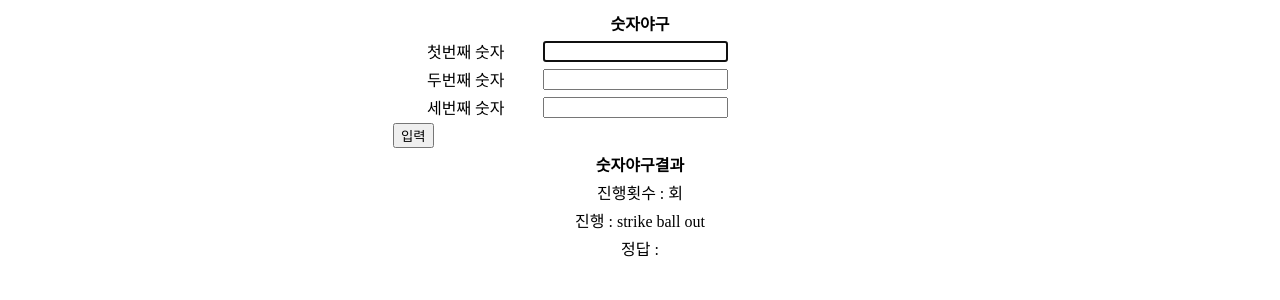
Repository: kmw7691/Soldesk
Page: http://localhost/Nov15_1_NB/HomeController
These files come from the project's save history. The page is drawn as it stood at one moment and after the next save; the edit follows.
The browser window is 1280 px wide. The pictures show the whole page.
The page is served by Tomcat 9. Other server files are loaded and not shown.

Above is the page before, as saved 2023-11-15 02:30:44.

### Nov15_1_NB/src/main/webapp/nb.jsp
<%@ page language="java" contentType="text/html; charset=UTF-8"
    pageEncoding="UTF-8"%>
<!DOCTYPE html>
<html>
<head>
<meta charset="UTF-8">
<title>nb.jsp</title>
<link rel="stylesheet" href="nb.css">
<script type="text/javascript" src="KwakValidChecker.js"></script>
<script type="text/javascript" src="nbCheck.js"></script>
</head>
<body>
<form action="HomeController" name="nbForm" method="post"
	enctype="multipart/form-data" onsubmit="return checkValid();">
	<table id="nbTbl">
		<tr>
			<th colspan="2">숫자야구</th>
		</tr>
		<tr>
			<td class="td1" align="center">첫번째 숫자</td>
			<td class="td2"><input name="first" maxlength="1"
				autofocus="autofocus" autocomplete="off"></td>
		</tr>
		<tr>
			<td class="td1" align="center">두번째 숫자</td>
			<td class="td2"><input name="second" maxlength="1"
				autofocus="autofocus" autocomplete="off"></td>
		</tr>
		<tr>
			<td class="td1" align="center">세번째 숫자</td>
			<td class="td2"><input name="third" maxlength="1"
				autofocus="autofocus" autocomplete="off"></td>
		</tr>
		<tr><td class="td2"><button>입력</button></td></tr>

		<tr>
			<th colspan="2">숫자야구결과</th>
		</tr>
		<tr>
			<td class="td1" colspan="2" align="center">진행횟수 : ${count }회</td>
		</tr>
		<tr>
			<td class="td1" colspan="2" align="center">진행 : ${s }strike ${b }ball ${o }out</td>
		</tr>
		<tr>
			<td class="td1" colspan="2" align="center">정답 : ${answer1 } ${answer2 } ${answer3 }</td>
		</tr>
	</table>
</form>
</body>
</html>

### Nov15_1_NB/src/main/java/com/kwak/nov151/nbmain/HomeController.java
package com.kwak.nov151.nbmain;

import java.io.IOException;
import javax.servlet.ServletException;
import javax.servlet.annotation.WebServlet;
import javax.servlet.http.HttpServlet;
import javax.servlet.http.HttpServletRequest;
import javax.servlet.http.HttpServletResponse;

@WebServlet("/HomeController")
public class HomeController extends HttpServlet {

	protected void doGet(HttpServletRequest request, HttpServletResponse response) throws ServletException, IOException {
		request.getRequestDispatcher("nb.jsp").forward(request, response);
	}

	protected void doPost(HttpServletRequest request, HttpServletResponse response) throws ServletException, IOException {

	}

}

### Nov15_1_NB/src/main/webapp/nb.css
@charset "UTF-8";

@font-face{
	font-family: "n";
	src: url("n.ttf");
}

#body{
	font-family: "n";
	background-size: 50%;
}

#nbTbl{
	margin-left:auto;
	margin-right: auto;
	width : 500px;
}

#th{
	background-color: #E9FFE0;
	color:#034F83;
	font-size: 30pt;
	height: 50px;
}

#hjTbl .td1{
	background-color:  #D4F4FA;
	font-size: 30pt;
}

#hjTbl .td2{
	background-color:  pink;
	font-size: 30pt;
}

#hjTbl .td2{
	background-color:  pink;
	font-size: 30pt;
}

### Nov15_1_NB/src/main/webapp/KwakValidChecker.js
//KwakValidChecker.js

//개발자가 의도한대로 되하지않으면 true값
//(뭔가 문제가 되면 true, 정상적이면 false인 컨셉)


//<input>넣었을때
//		아무것도 안썼으면 true, 뭐라도썼으면 false
function isEmpty(input){
	return (!input.value);
}


//<input>, 글자 수 넣었을때
function atLeastLetter(input, len){
	return (input.value.length < len);
}


//<input>넣었을때
//		한글/특수문자가 적혀있다면 true, 아니면 false
function containsAnother(input){
	let pass = "1234567890abcdefghijklmnopqrstuvwxyzABCDEFGHIJKLMNOPQRSTUVWXYZ@._";

	let iv = input.value;
	for(let i = 0; i < iv.length; i++){
		if(pass.indexOf(iv[i]) == -1){ //pass에 있는 내용중 내가 쓴 내용이없으면
			return true;
		}
	}
	return false;
}


//<input> x 2넣었을때(pw, pw확인)
//		내용이다르면 true, 같으면 false
function notEqualPw(input1, input2){
	return (input1.value !== input2.value);
}


//<input>, 문자열 세트 넣었을때
//		없으면 true, 있으면 false(입력한 pw에 지정한 문자열이 없는 경우)
function notContains(input, passSet){
	let iv = input.value;
	for(let i = 0; i < passSet.length; i++){
		if(iv.indexOf(passSet[i]) !== -1){
			return false;
		}
	}
	return true;
}


//<input>넣었을때
//		숫자 아닌게 있으면 true, 숫자만 있으면 false
function isNotNumber(input){
	return isNaN(input.value);
}


//<input>, 확장자 넣었을때
//		확장자명 아니면 true, 맞으면 false
function isNotType(input, type){
	//.gif  .png
	type = "." + type;
	return (input.value.indexOf(type) == -1);
}

### Nov15_1_NB/src/main/webapp/nbCheck.js
//nbCheck.js

function checkValid(){
	let fBox = document.mbForm.first;
	let sBox = document.mbForm.second;
	let tBox = document.mbForm.third;

	if(isEmpty(fBox) || isNotNumber(fBox)){
		alert("1번 숫자 재입력 ㄱ");
		fBox.value()="";
		fBox.focus();
		return false
	} else if(isEmpty(sBox) || isNotNumber(sBox)){
		alert("2번 숫자 재입력 ㄱ");
		sBox.value()="";
		sBox.focus();
		return false
	} else if(isEmpty(tBox) || isNotNumber(tBox)){
		alert("3번 숫자 재입력 ㄱ");
		tBox.value()="";
		tBox.focus();
		return false
	}
	return true;
}

After the next save:
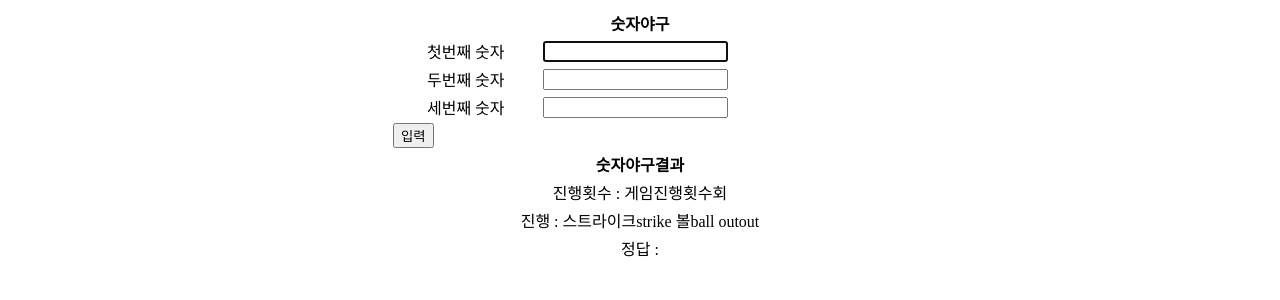
Saved 2 min 29 s later.
--- a/Nov15_1_NB/src/main/java/com/kwak/nov151/nbmain/HomeController.java
+++ b/Nov15_1_NB/src/main/java/com/kwak/nov151/nbmain/HomeController.java
@@ -11,6 +11,13 @@ import javax.servlet.http.HttpServletResponse;
 public class HomeController extends HttpServlet {
 
 	protected void doGet(HttpServletRequest request, HttpServletResponse response) throws ServletException, IOException {
+		if(!request.getParameterNames().hasMoreElements()){
+			request.setAttribute("count", "게임진행횟수");
+			request.setAttribute("s", "스트라이크");
+			request.setAttribute("b", "볼");
+			request.setAttribute("o", "out");
+		}
+
 		request.getRequestDispatcher("nb.jsp").forward(request, response);
 	}
 
